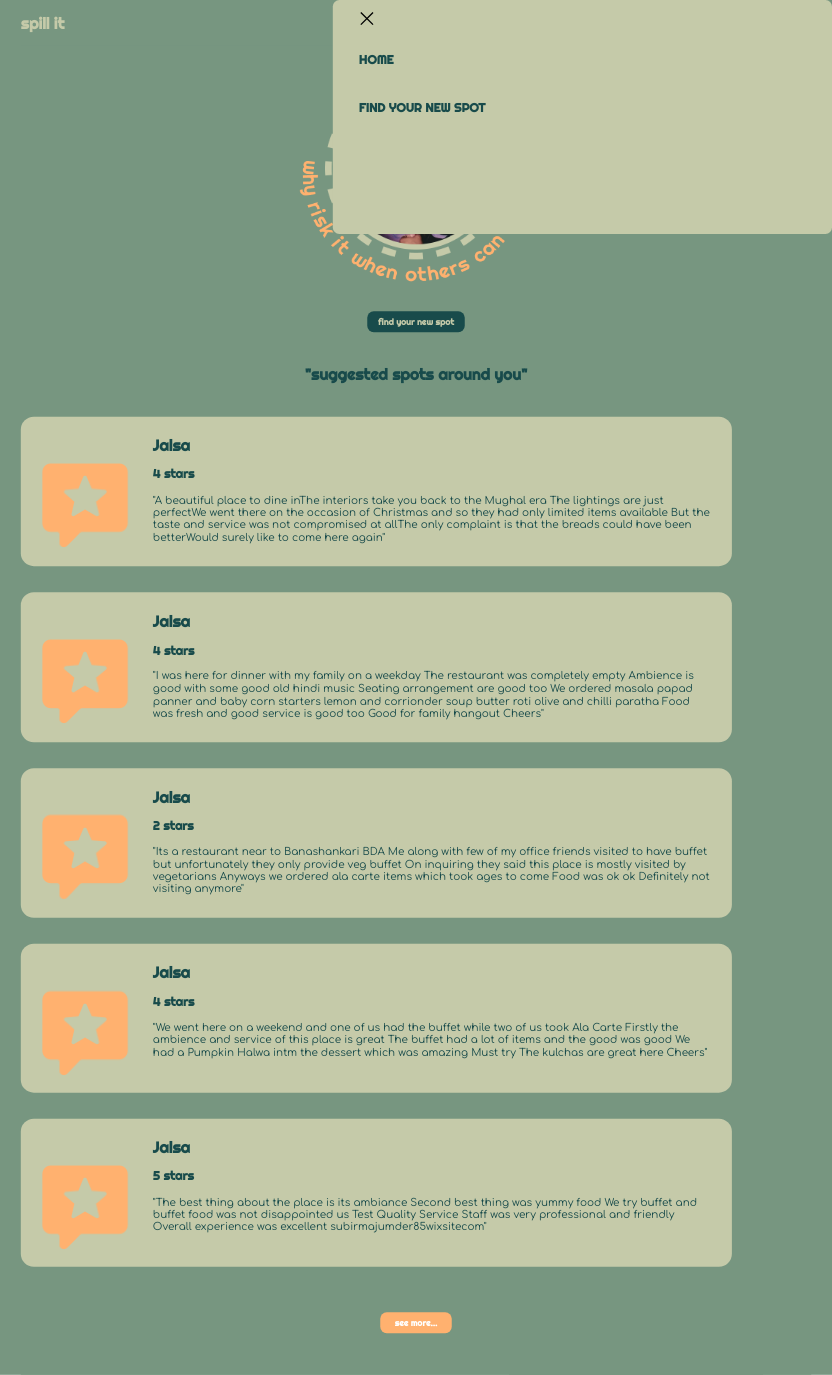
Repository: shaelorch/spillit
Page: /
An editor plug-in stored every save of this project. The page is shown before and after a run of saves, followed by the edit.
The browser window is 1280 px wide. The pictures show the whole page, at 65% of full size.
The project was rebuilt for these pictures with package versions that can differ from the ones it lists, and the page was loaded fresh each time. The framework's server and built-in components were replaced by stand-ins that run in the browser. Also part of the build but not shown: next.config.js.

Above is the page before, as saved 2023-02-20 14:41:49.

### pages/index.js
import Head from 'next/head'
import Image from 'next/image'
import HeroCont from '../components/HeroCont'
import styles from '../styles/Home.module.css'
import Button from '../components/Button'
import SubButton from '../components/SubButton'
import RevCard from '../components/reviewCard'
import Header from '../components/Header'
import TopBar from '../components/topBAr'
import PopMenu from '../components/popMenu'
import reviews from '../data/reviews.json'



export default function Home() {
  return (
    <div className={styles.container}>
      <Head>
        <title>Create Next App</title>
        <meta name="description" content="Generated by create next app" />
        <link rel="icon" href="/spill it.svg" />
        <link href="https://cdn.jsdelivr.net/npm/bootstrap@5.3.0-alpha1/dist/css/bootstrap.min.css" rel="stylesheet" integrity="sha384-GLhlTQ8iRABdZLl6O3oVMWSktQOp6b7In1Zl3/Jr59b6EGGoI1aFkw7cmDA6j6gD" crossorigin="anonymous"/>


      </Head>

     <TopBar/>
     <PopMenu/>


      <main className={styles.main}>
        <HeroCont/>
        <Button />
        <Header />

        <div >
        {
          reviews.slice(0,5).map( (rev, index) => {
           return (
              <RevCard
              key={index}
              name={rev.name}
              rating={`${rev.rating} stars`}
              review={`"${rev.review}"`}></RevCard>
            )
           })

        }
       </div>
        <SubButton bttntxt='see more...'/>
      </main>


    </div>
  )
}

### styles/globals.css

@import url('https://fonts.googleapis.com/css2?family=Righteous&display=swap');
@import url('https://fonts.googleapis.com/css2?family=Comfortaa&family=Righteous&display=swap');



html,
body {
  padding: 0;
  margin: 0;
  font-family: -apple-system, BlinkMacSystemFont, Segoe UI, Roboto, Oxygen,
    Ubuntu, Cantarell, Fira Sans, Droid Sans, Helvetica Neue, sans-serif;
}

a {
  color: inherit;
  text-decoration: none;
}

* {
  box-sizing: border-box;
}

@media (prefers-color-scheme: dark) {
  html {
    color-scheme: dark;
  }
  body {
    color: white;
    background: black;
  }
}

### components/HeroCont.js
import react from "react";
import { motion } from 'framer-motion';

export default function HeroCont() {



    return (<div style={{justifyContent:'center', display:'flex', paddingBottom:80}}>

        <img src="dotted.png" style={{display:'flex', position:'relative', width:280, height:280, marginTop:-15}}/>
        <img src="heropic.png" style={{display:'flex', width:250, height:250, position:'absolute' }}/>
        <img src="wordcircle.png" style={{width:440, height:410,position:'absolute', animation:'rotation 2s infinite linear' }}/>

    </div>
    )
}

### styles/Home.module.css
.container {
  padding: 0 2rem;
  background-color: #779680;
  width:100%;

}

.rotate {

  width:358;
  height:195;
  margin-top:-160;
  margin-Left:-40;
  animation:rotation 2s infinite linear;
}

.pag {
  list-style-type: none;
  border-left:1px solid #C5CAA9;
  color:#FFB16F;
  padding:5px;

}

.pagbar {
  display: flex;
  flex-direction: row;


}

.main {
  min-height: 100vh;
  padding: 4rem 0;
  flex: 1;
  width:100%;
  background-color: #779680;
  display: flex;
  flex-direction: column;
  justify-content: center;
  align-items: center;
  font-family: 'Comfortaa', 'cursive';
}

.footer {
  display: flex;
  flex: 1;
  padding: 2rem 0;
  border-top: 1px solid #eaeaea;
  justify-content: center;
  align-items: center;
}

.footer a {
  display: flex;
  justify-content: center;
  align-items: center;
  flex-grow: 1;
}

.title a {
  color: #0070f3;
  text-decoration: none;
}

.title a:hover,
.title a:focus,
.title a:active {
  text-decoration: underline;
}

.title {
  margin: 0;
  line-height: 1.15;
  font-size: 4rem;
}

.title,
.description {
  text-align: center;
}

.description {
  margin: 4rem 0;
  line-height: 1.5;
  font-size: 1.5rem;
}

.code {
  background: #fafafa;
  border-radius: 5px;
  padding: 0.75rem;
  font-size: 1.1rem;
  font-family: Menlo, Monaco, Lucida Console, Liberation Mono, DejaVu Sans Mono,
    Bitstream Vera Sans Mono, Courier New, monospace;
}

.grid {
  display: flex;
  align-items: center;
  justify-content: center;
  flex-wrap: wrap;
  max-width: 800px;
}

.card {
  margin: 1rem;
  padding: 1.5rem;
  text-align: left;
  color: inherit;
  text-decoration: none;
  border: 1px solid #eaeaea;
  border-radius: 10px;
  transition: color 0.15s ease, border-color 0.15s ease;
  max-width: 300px;
}

.card:hover,
.card:focus,
.card:active {
  color: #0070f3;
  border-color: #0070f3;
}

.card h2 {
  margin: 0 0 1rem 0;
  font-size: 1.5rem;
}

.card p {
  margin: 0;
  font-size: 1.25rem;
  line-height: 1.5;
}

.logo {
  height: 1em;
  margin-left: 0.5rem;
}

@media (max-width: 600px) {
  .grid {
    width: 100%;
    flex-direction: column;
  }
}

@media (max-width: 414px) {
  .main {
    width:100%;


  }
}

@media (prefers-color-scheme: dark) {
  .card,
  .footer {
    border-color: #222;
  }
  .code {
    background: #111;
  }
  .logo img {
    filter: invert(1);
  }
}

### components/Button.js

export default function Button({
    bttntxt="find your new spot",
    color="#C5CAA9"
}) {

    return(
        <button style={{display:'flex',
         backgroundColor:'#184B4B',
          borderRadius:10, width:150,
           justifyContent:'center'
           , padding:8, alignContent:'center',
            color:'#C5CAA9', fontWeight:'bold',
            border:'transparent', fontFamily: 'Righteous, cursive'}}>{bttntxt}</button>
    )
}

### components/SubButton.js
import React from "react"

export default function SubButton({
    bttntxt="find your spot",
    func='function'

}) {

    return(
        <div style={{paddingTop:30}}>
             <button onClick={func}
             style={{display:'flex',
         backgroundColor:'#FFB16F',
          borderRadius:10, width:110,
           justifyContent:'center'
           , padding:8, alignContent:'center',
            color:'white', fontWeight:'bold',
            border:'transparent',
            fontFamily: 'Righteous, cursive'}}>{bttntxt}</button>
        </div>

    )
}

### components/reviewCard.js



export default function RevCard({
    name="restaurnt",
    rating="4.0",
    review="lalalala"
}) {

    return (<div style={{justifyContent:'center',display:'flex', width:"90%", height:'100%', backgroundColor:'#C5CAA9',  borderRadius:20, marginBottom:40, paddingRight:20, paddingBottom:8}}>

        <div style={{display:'flex', flexDirection:'row', height:'100%', padding:10}}>
            <img  style={{display:'flex', width:'15%', height:"15%", marginTop:"4%", marginLeft:10}} src="Popular.png"/>
            <div style={{lineHeight:1.2,paddingLeft:25, color:'#184B4B'}}>
                <h2 style={{fontFamily:'righteous, cursive'}}>{name}</h2>
                <h3 style={{fontFamily:'righteous, cursive'}}>{rating}</h3>
                <p>{review}</p>
            </div>
        </div>



    </div>

    )
}

### components/Header.js





export default function Header() {

    return (
        <h2 style={{fontFamily:'righteous, cursive', margin:50, marginLeft:'20%', marginRight:'20%', textAlign:'center', color: '#184B4B'}}>"suggested spots around you"</h2>
    )
}

### components/topBAr.js
import Link from "next/link"
import { useState } from "react"
import { GrClose } from 'react-icons/gr'
import PopMenu from "./popMenu";

export default function TopBar() {

    const [open, setOpen] = useState(false);

   const onClick = () => {
    setOpen (current => !current)
   };

    return (
        <><div style={{ display: 'flex', flexDirection: 'row', justifyContent: 'space-between', alignItems: 'center', backgroundColor: '#779680' }}>
            <Link href='/'>
                <h2 style={{ color: '#C5CAA9', fontFamily: 'righteous, cursive' }}>spill it</h2>
            </Link>
            <img
                onClick={onClick} style={{ height: 50, width: 50 }} src="menu.png" />
            {open ? <PopMenu/> : null}

        </div></>

            )
        }

### components/popMenu.js
import { GrClose } from 'react-icons/gr';
import Link from 'next/link';
import { useState } from 'react';

export default function PopMenu() {

    const [close, setClose] = useState(true);

    const handleButtonClick = () => {
        setClose(current => !current);
    }


    return (
        <div style={{display: close ? 'flex' : 'none', position:'absolute',
    backgroundColor: '#C5CAA9',borderRadius:10, width: '60%', height:'50%', right:0, top:0, zIndex:1}}>
        <ul>
            <GrClose size="25" color="#184B4B"
            onClick={handleButtonClick}/>
            <div

            style={{lineHeight:3, color:"#184B4B",
             fontFamily:'righteous, cursive'}}>

                 <Link href={'/'}><h3>HOME</h3>
                 </Link>
                <Link href={"/findASpot"}><h3>FIND YOUR NEW SPOT</h3>
                </Link>
            </div>

        </ul>


    </div>







    )
}

Loaded but not shown: pages/_app.js (common file); data/reviews.json (10022 lines, source omitted)

After the next 5 saves:
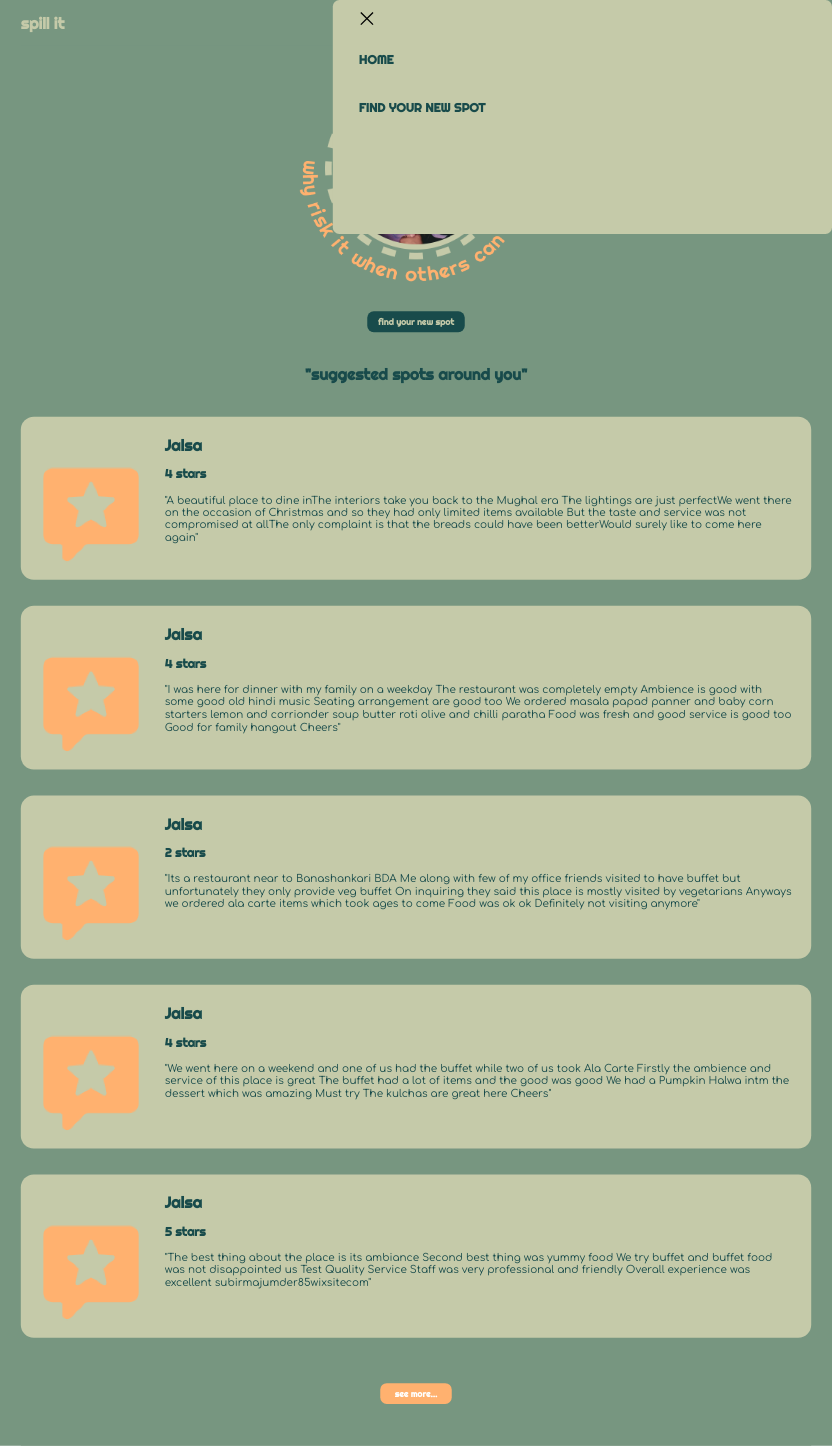
The 5 saves are shown as one change because they came seconds apart.
The last was saved 61 s later.
--- a/components/reviewCard.js
+++ b/components/reviewCard.js
@@ -7,7 +7,7 @@ export default function RevCard({
     review="lalalala"
 }) {
 
-    return (<div style={{justifyContent:'center',display:'flex', width:"90%", height:'100%', backgroundColor:'#C5CAA9',  borderRadius:20, marginBottom:40, paddingRight:20, paddingBottom:8}}>
+    return (<div style={{justifyContent:'center',display:'flex', height:'100%', backgroundColor:'#C5CAA9',  borderRadius:20, marginBottom:40, paddingRight:20, paddingBottom:8}}>
 
         <div style={{display:'flex', flexDirection:'row', height:'100%', padding:10}}>
             <img  style={{display:'flex', width:'15%', height:"15%", marginTop:"4%", marginLeft:10}} src="Popular.png"/>
